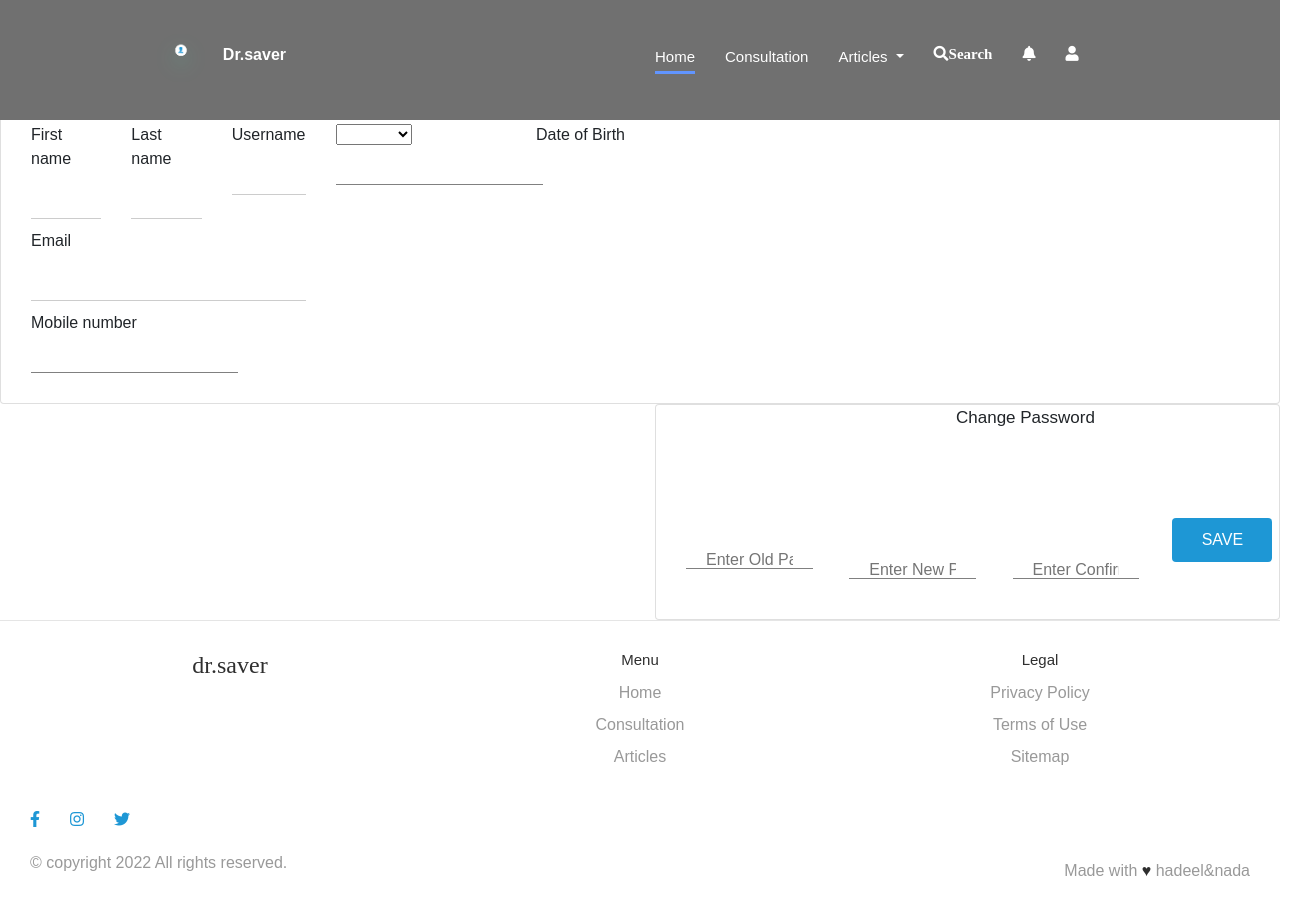
Repository: nsra/hadeel_doctor_system
Page: patient/Pprofile.html
The author's editor kept a copy of each file at every save. The page is drawn from the files as they stood at one save, then again after the next save.
The browser window is 1280 px wide. The page is 1295 px wide, so the pictures cover 1295 px, including what lies to the right of the window. The pictures show the whole page.
Some web fonts or font styles are not loaded; a fallback is used. Some web libraries are served in a nearby version.

Above is the page before, as saved 2022-03-25 14:21:49.

After the next save:
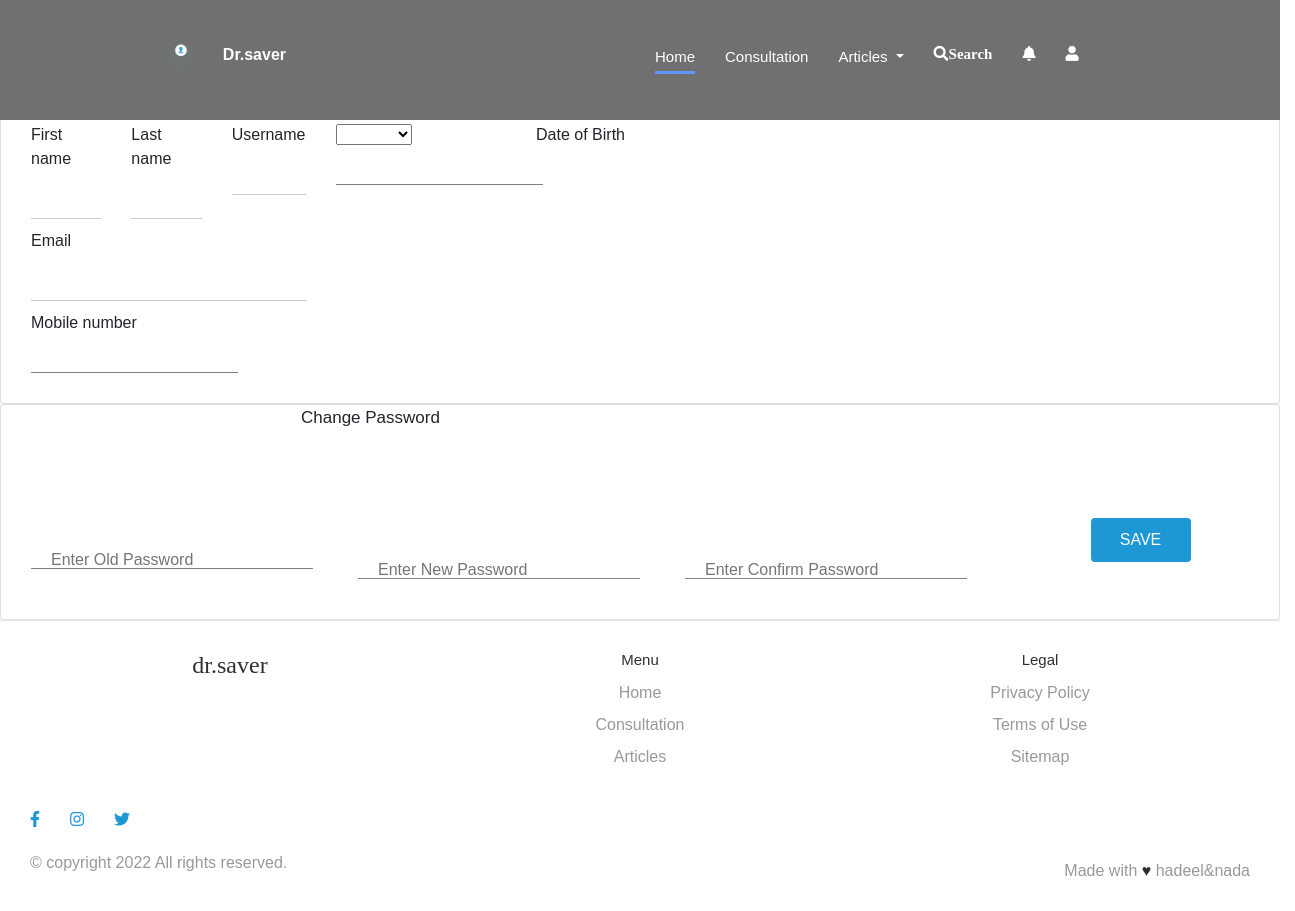
Saved 4 s later.
--- a/patient/Pprofile.html
+++ b/patient/Pprofile.html
@@ -134,10 +134,7 @@
 
 
         <div class="row">
-        <br>
-            <div class="col s12">
-
-            </div>
+
             <div class="col s12 m12 l6">
                 <div class="card">
                     <div class="card-content">

After the save that followed:
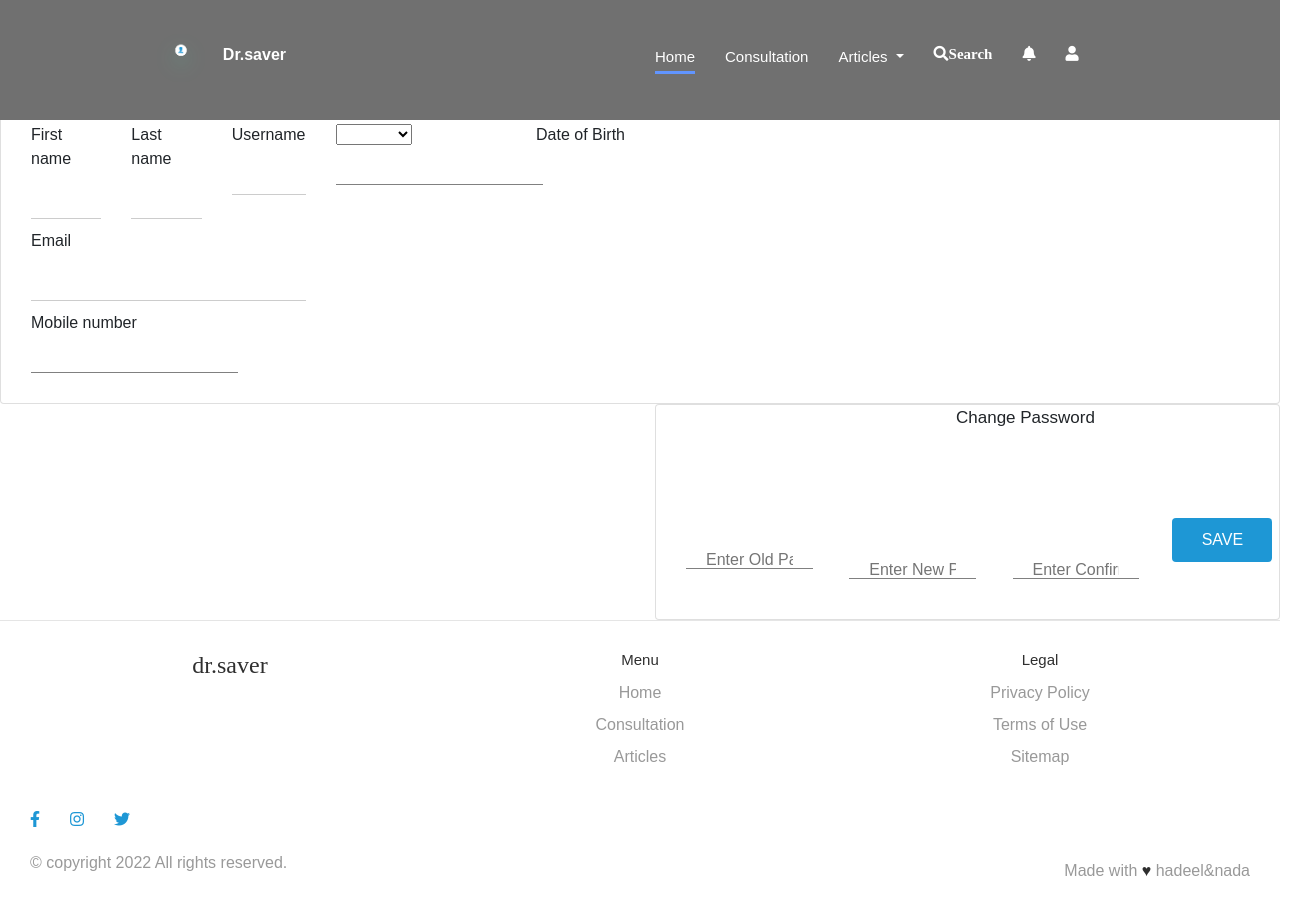
Saved 7 s later.
--- a/patient/Pprofile.html
+++ b/patient/Pprofile.html
@@ -134,7 +134,10 @@
 
 
         <div class="row">
-
+        <br>
+            <div class="col s12">
+
+            </div>
             <div class="col s12 m12 l6">
                 <div class="card">
                     <div class="card-content">
